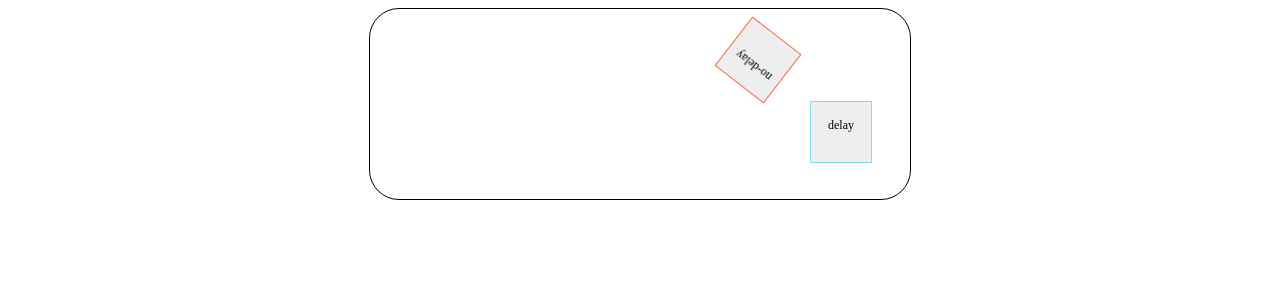
Repository: b1996om/HTML-CSS_study
Page: pro08/public/transition-timing-function.html
An editor plug-in stored every save of this project. The page is shown before and after the next save, followed by the edit.
The browser window is 1280 px wide. The pictures show the whole page.
The pointer rests on the first visible `#ex`.

Above is the page before, as saved 2022-12-08 07:59:10.

### pro08/public/transition-timing-function.html
<!DOCTYPE html>
<html lang="ko">
<head>
	<meta charset="utf-8">
	<title>Transition timing function</title>
	<style>
		#ex {
			position:relative;
			width:500px;
			height:150px;
			margin: 0 auto;
			border: 1px solid black;
			border-radius:30px;
			padding:20px;
		}
		#ex:hover .box {
			transform:rotate(720deg);
			margin-left:420px;
		}
		.box {
			font-size:12px;
			position:relative;
			width:60px;
			height:60px;
			margin-bottom:10px;
			background-color:#eee;
		}
		.box p {
			text-align:center;
			padding-top:4px;
		}
		#no-delay {
			transition-duration:3s;
			border:1px solid tomato;
		}
		#delay {
			transition-delay:1s;
			border:1px solid #80deea;
		}
	</style>
</head>
<body>
	<div id="ex">
		<div id="no-delay" class="box"><p>no-delay</p></div>
		<div id="delay" class="box"><p>delay</p></div>
	</div>
</body>
</html>

After the next save:
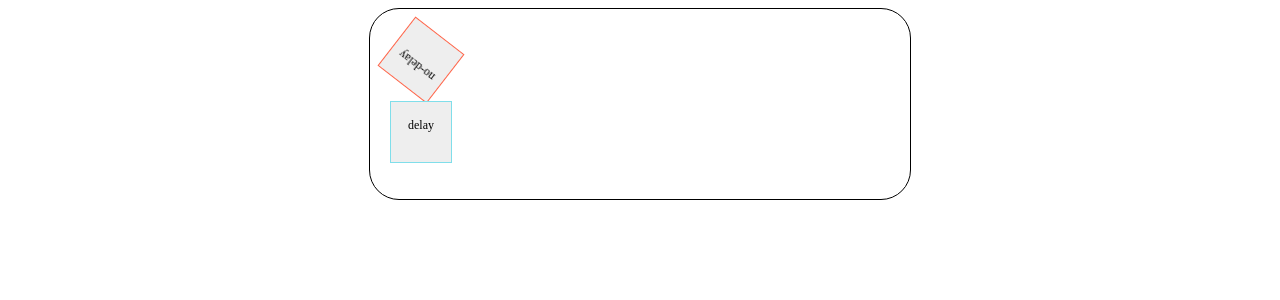
Saved 58 s later.
--- a/pro08/public/transition-timing-function.html
+++ b/pro08/public/transition-timing-function.html
@@ -15,7 +15,6 @@
 		}
 		#ex:hover .box {
 			transform:rotate(720deg);
-			margin-left:420px;
 		}
 		.box {
 			font-size:12px;

After the save that followed:
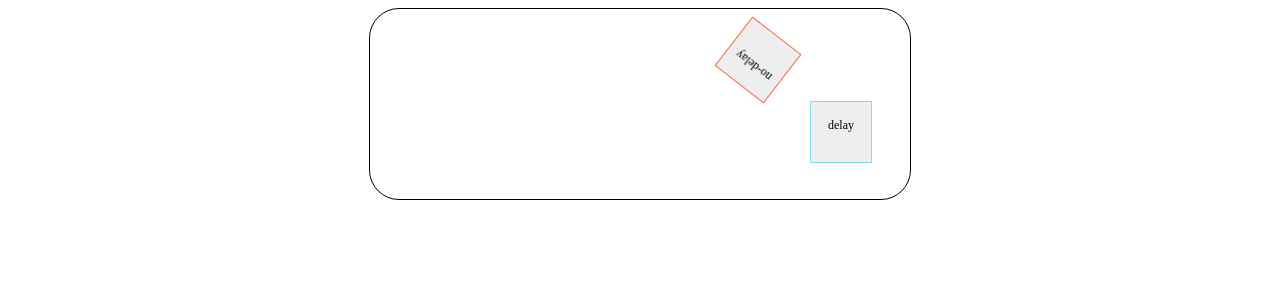
Saved 9 s later.
--- a/pro08/public/transition-timing-function.html
+++ b/pro08/public/transition-timing-function.html
@@ -15,6 +15,7 @@
 		}
 		#ex:hover .box {
 			transform:rotate(720deg);
+			margin-left:420px;
 		}
 		.box {
 			font-size:12px;
